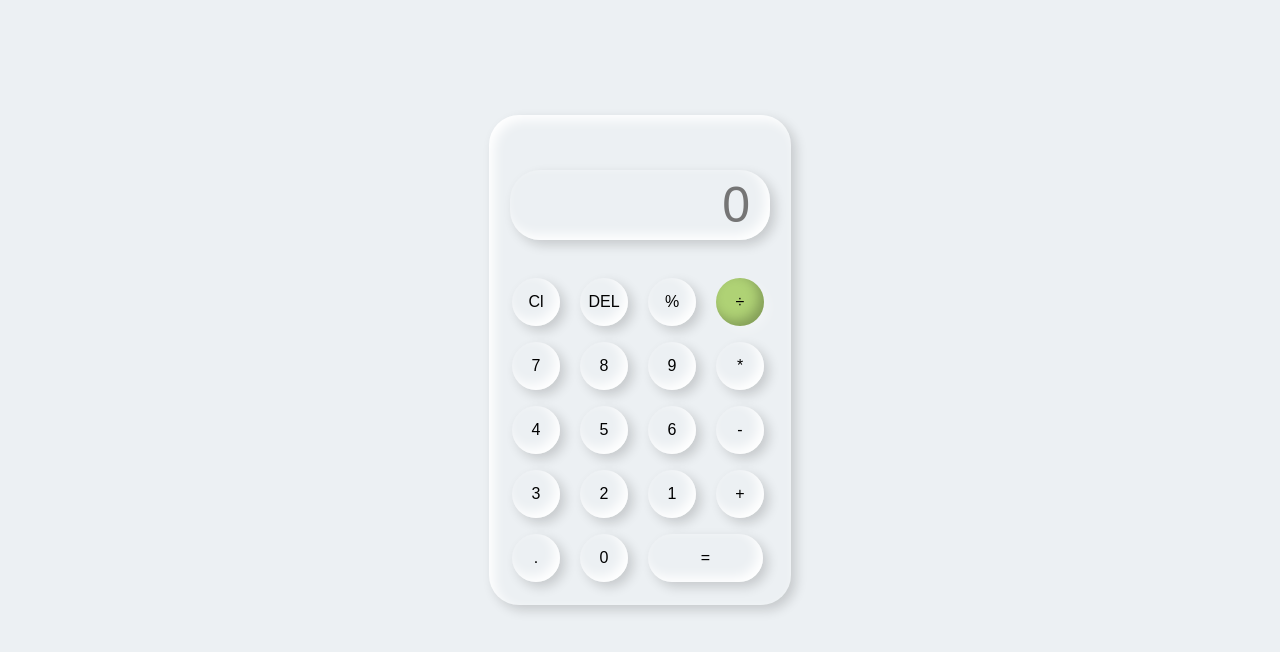
Repository: Mayur2905/OIBSIP
Page: Task-3/index.html
These files come from the project's save history. The page is drawn as it stood at one moment and after the next save; the edit follows.
The browser window is 1280 px wide. The pictures show the whole page.

Above is the page before, as saved 2022-02-02 15:43:51.

### Task-3/index.html
<!DOCTYPE html>
<html lang="en">
<head>
    <meta charset="UTF-8">
    <meta http-equiv="X-UA-Compatible" content="IE=edge">
    <meta name="viewport" content="width=device-width, initial-scale=1.0">
    <title>Clauculator</title>
    <link rel="stylesheet" href="style.css">
</head>
<body>
    <div class="container">
        <div class="calculator">
            <input type="text" placeholder="0" id="output-screen">
            <button onclick="Clear()">Cl</button>
            <button onclick="del()">DEL</button>
            <button onclick="display('%')">%</button>
            <button onclick="display('/')" class="divide">÷</button>
            <button onclick="display('7')">7</button>
            <button onclick="display('8')">8</button>
            <button onclick="display('9')">9</button>
            <button onclick="display('*')" class="mult">*</button>
            <button onclick="display('4')">4</button>
            <button onclick="display('5')">5</button>
            <button onclick="display('6')">6</button>
            <button onclick="display('-')" class="sub">-</button>
            <button onclick="display('3')">3</button>
            <button onclick="display('2')">2</button>
            <button onclick="display('1')">1</button>
            <button onclick="display('+')" class="add">+</button>
            <button onclick="display('.')">.</button>
            <button onclick="display('0')">0</button>
            <button onclick="Calculate()" class="equal">=</button>
        </div>
    </div>
    <script type = "text/javascript" src="function.js"></script>
    <!-- <script>
        let outputScreen = document.getElementById("output-screen");
    function display(num){
    outputScreen.value += num
    }
    </script>
    -->
</body>
</html>

### Task-3/style.css
* {
  margin: 0;
  padding: 0;
  box-sizing: border-box;
  background-color: #ecf0f3;
  font-family: sans-serif;
  outline: none;
}
.container {
  height: 100vh;
  display: flex;
  justify-content: center;
  align-items: center;
}
.calculator {
  background-color: #ecf0f3;
  padding: 15px;
  border-radius: 30px;
  box-shadow: inset 5px 5px 12px #ffffff, 5px 5px 12px rgba(0, 0, 0, 0.16);
  display: grid;
  grid-template-columns: repeat(4, 68px);
}
input {
  grid-column: span 4;
  height: 70px;
  width: 260px;
  background-color: #ecf0f3;
  box-shadow: inset -5px -5px 12px #ffffff, 5px 5px 12px rgba(0, 0, 0, 0.16);
  border: none;
  border-radius: 30px;
  color: rgb(70, 70, 70);
  font-size: 50px;
  text-align: end;
  margin: auto;
  margin-top: 40px;
  margin-bottom: 30px;
  padding: 20px;
}

button {
  height: 48px;
  width: 48px;
  background-color: #ecf0f3;
  box-shadow: inset -5px -5px 12px #ffffff, 5px 5px 12px rgba(0, 0, 0, 0.16);
  border: none;
  border-radius: 50%;
  margin: 8px;
  font-size: 16px;
}
.equal {
  width: 115px;
  border-radius: 40px;
  background-color: #ecf0f3;
  box-shadow: inset -5px -5px 12px #ffffff, 5px 5px 12px rgba(0, 0, 0, 0.16);
}
.divide {
  background-color: #afd275;
  box-shadow: inset -5px -5px 12px rgba(0, 0, 0, 0.25),
    5px 5px 12px rgba(255, 255, 255, 0.3);
}

### Task-3/function.js
let outputScreen = document.getElementById("output-screen");
function display(num){
    outputScreen.value += num;

}
function Calculate(){
    try{
        outputScreen.value = eval(outputScreen.value);

    }
    catch(err){
        alert("Invalid Input")
    }

}
function Clear(){
    outputScreen.value="";
}

function del(){
    outputScreen.value = outputScreen.value.slice(0,-1)
}

After the next save:
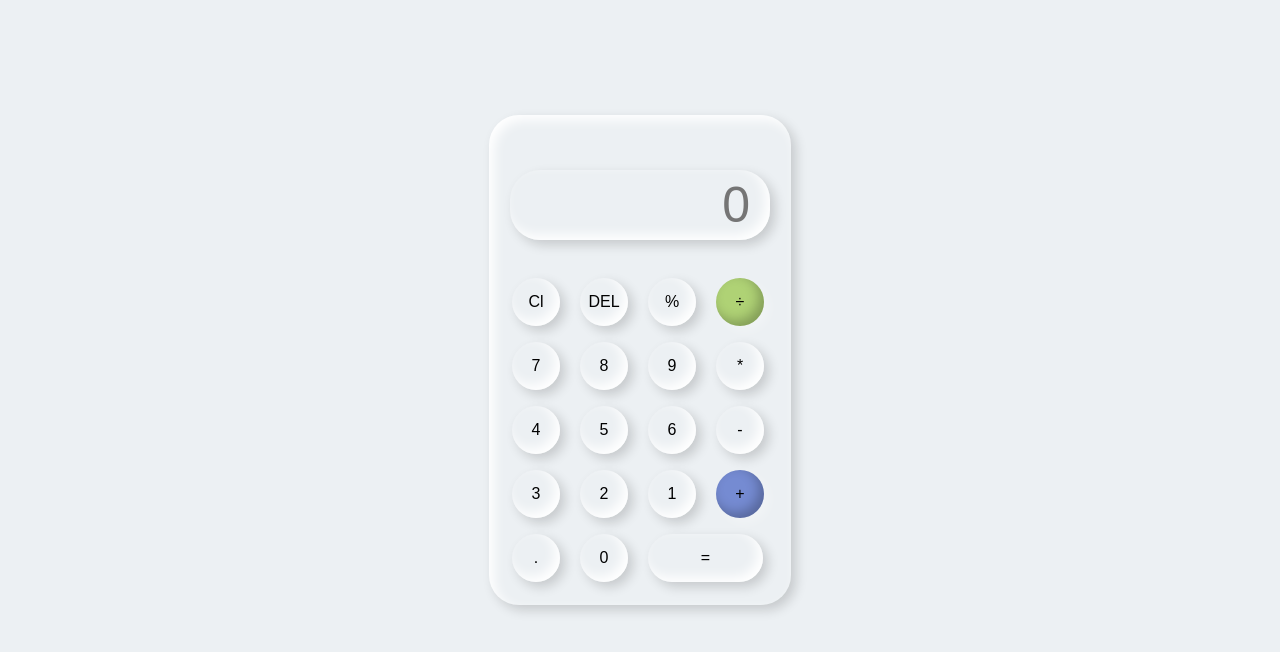
Saved 22 s later.
--- a/Task-3/style.css
+++ b/Task-3/style.css
@@ -58,3 +58,15 @@ button {
   box-shadow: inset -5px -5px 12px rgba(0, 0, 0, 0.25),
     5px 5px 12px rgba(255, 255, 255, 0.3);
 }
+
+.mul {
+  background-color: #d27575;
+  box-shadow: inset -5px -5px 12px rgba(0, 0, 0, 0.25),
+    5px 5px 12px rgba(255, 255, 255, 0.3);
+}
+
+.add {
+  background-color: #758bd2;
+  box-shadow: inset -5px -5px 12px rgba(0, 0, 0, 0.25),
+    5px 5px 12px rgba(255, 255, 255, 0.3);
+}
